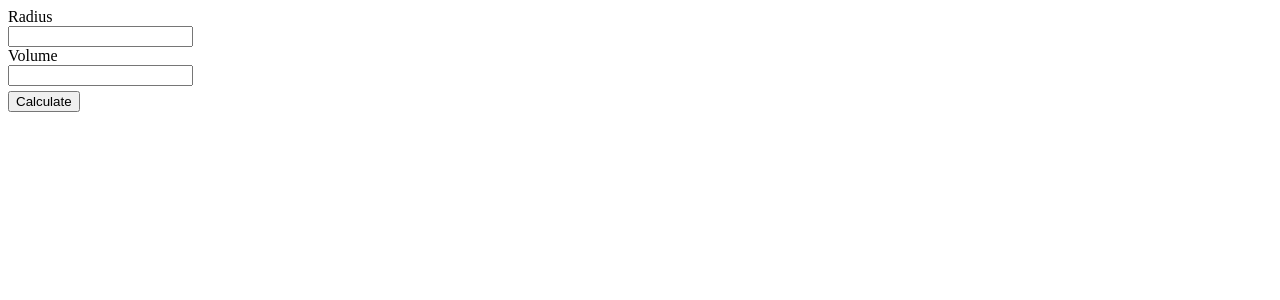
Repository: VladimirJetchev/JavaScriptHomework
Page: HomeworkJS/Task5JS/Task5JS.html
These files come from the project's save history. The page is drawn as it stood at one moment and after the next save; the edit follows.
The browser window is 1280 px wide. The pictures show the whole page.

Above is the page before, as saved 2016-01-11 18:27:36.

After the next save:
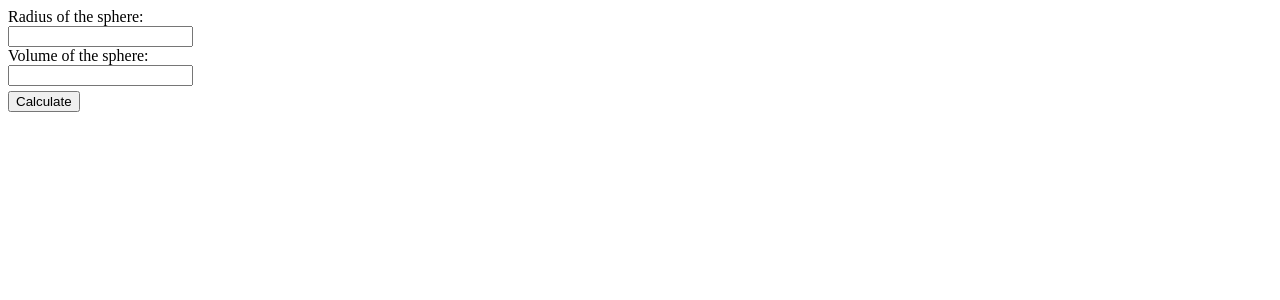
Saved 3 min 29 s later.
--- a/HomeworkJS/Task5JS/Task5JS.html
+++ b/HomeworkJS/Task5JS/Task5JS.html
@@ -8,13 +8,13 @@
 
 <body>
     <div>
-        <label for="insert">Radius</label>
+        <label for="insert">Radius of the sphere:</label>
     </div>
     <div>
         <input type="text" name="insert">
     </div>
     <div>
-        <label for="insert">Volume</label>
+        <label for="insert">Volume of the sphere:</label>
     </div>
     <div>
         <input type="text" name="result">
@@ -24,19 +24,19 @@
     </div>
     <script>
 
-    function calculateResult(radius) {
+    function calculateRadius(radius) {
         return Math.PI * ((radius) * (radius) * (radius)) * (4 / 3);
     }
 
-    function displayResult(){
+    function getResult(){
     	var input = Number(document.getElementsByName('insert')[0].value)
-    	var output = Math.round(calculateResult(input));
+    	var output = Math.round(calculateRadius(input));
     	var box = document.getElementsByName('result')[0];
     	box.value = output;
     }
 
     var button = document.getElementById('calculate');
-    button.addEventListener('click', displayResult, false);
+    button.addEventListener('click', getResult, false);
 
     </script>
 </body>
